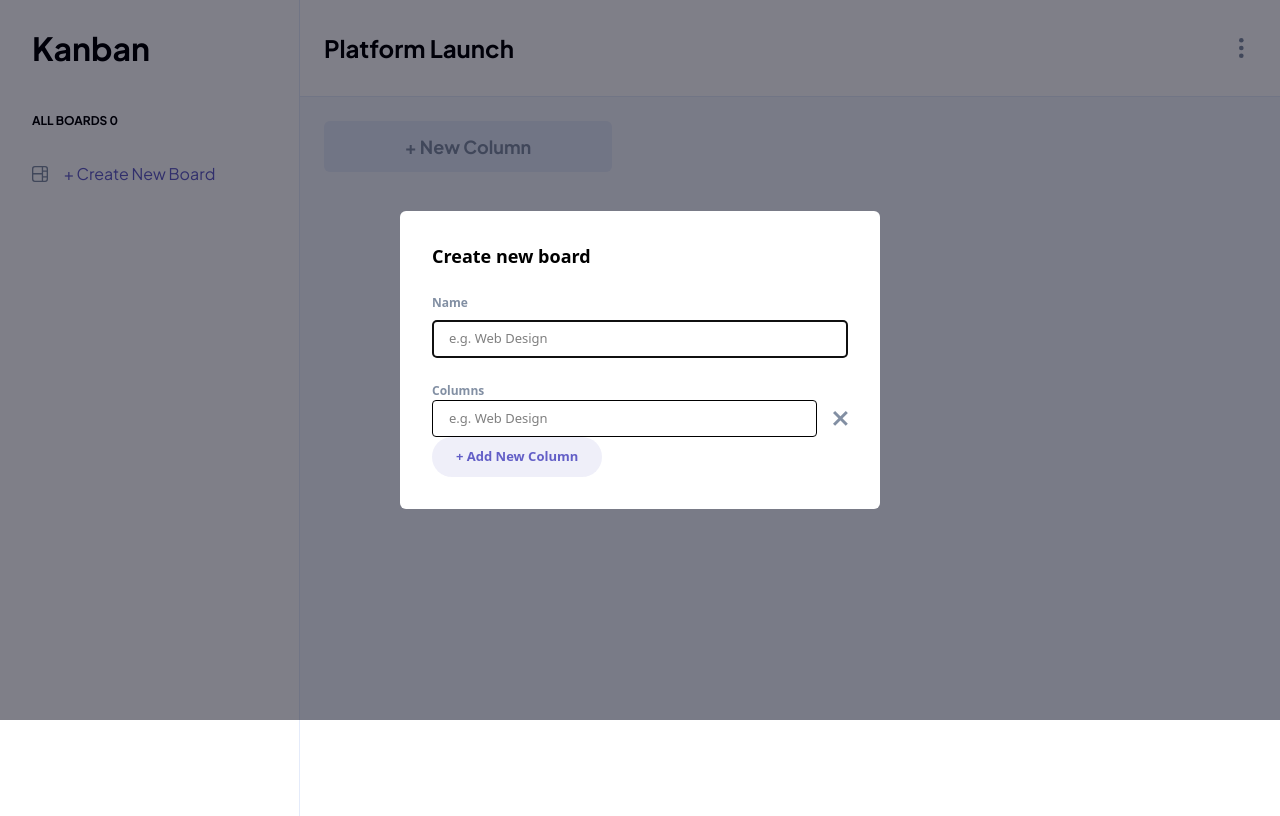
Repository: Baraajad231/Kanban-Board
Page: /, after clicking the first element matching `button.w-full`
The author's editor kept a copy of each file at every save. The page is drawn from the files as they stood at one save, then again after the next save.
The browser window is 1280 px wide. The pictures show the whole page.
The project was rebuilt for these pictures with package versions that can differ from the ones it lists, and the page was loaded fresh each time. Also part of the build but not shown: vite.config.js, src/components/Card.jsx, src/components/Column.jsx.

Above is the page before, as saved 2026-03-25 18:07:22.

After the next save:
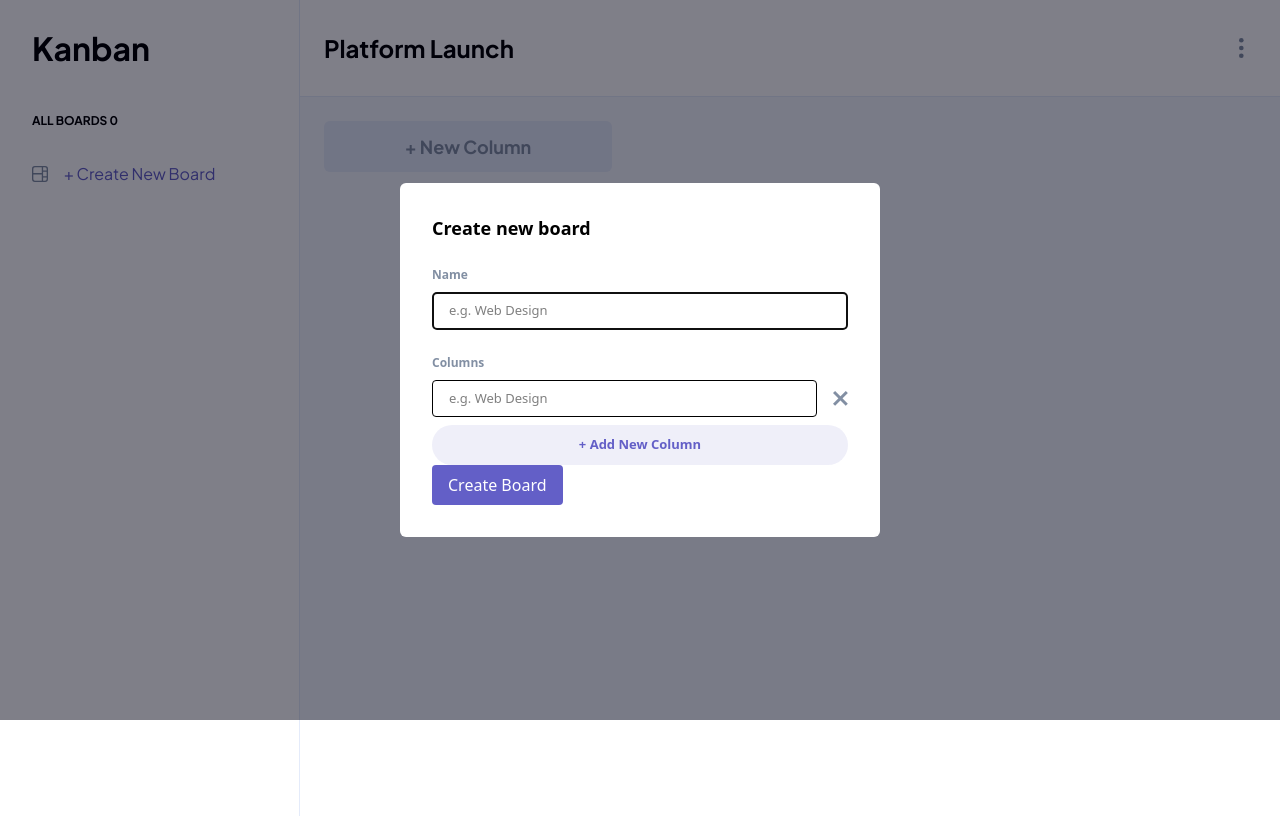
Saved 2 min 0 s later.
--- a/src/components/AddNewBoardForm.jsx
+++ b/src/components/AddNewBoardForm.jsx
@@ -10,16 +10,20 @@ const AddNewBoardForm = () => {
       </div>
       <div className="flex flex-col gap-2">
         <h3 className="text-body-m text-medium-grey pt-6">Columns </h3>
+
+        <div className="flex items-center gap-4">
+          <TextField placeholder="e.g. Web Design" name="columnName" required />
+          <button onClick={false}>
+            <img src={iconCross} alt="icon cross" />
+          </button>
+        </div>
+        <Button type="button" variant="secondary" size="sm" onClick={false}>
+          + Add New Column
+        </Button>
       </div>
-      <div className="flex items-center gap-4">
-        <TextField placeholder="e.g. Web Design" name="columnName" required />
-        <button onClick={false}>
-          <img src={iconCross} alt="icon cross" />
-        </button>
-      </div>
-      <Button type="button" variant="secondary" size="sm" onClick={false}>
-        + Add New Column
-      </Button>
+      <button className="bg-main-purple rounded px-4 py-2 text-white">
+        Create Board
+      </button>
     </form>
   );
 };
